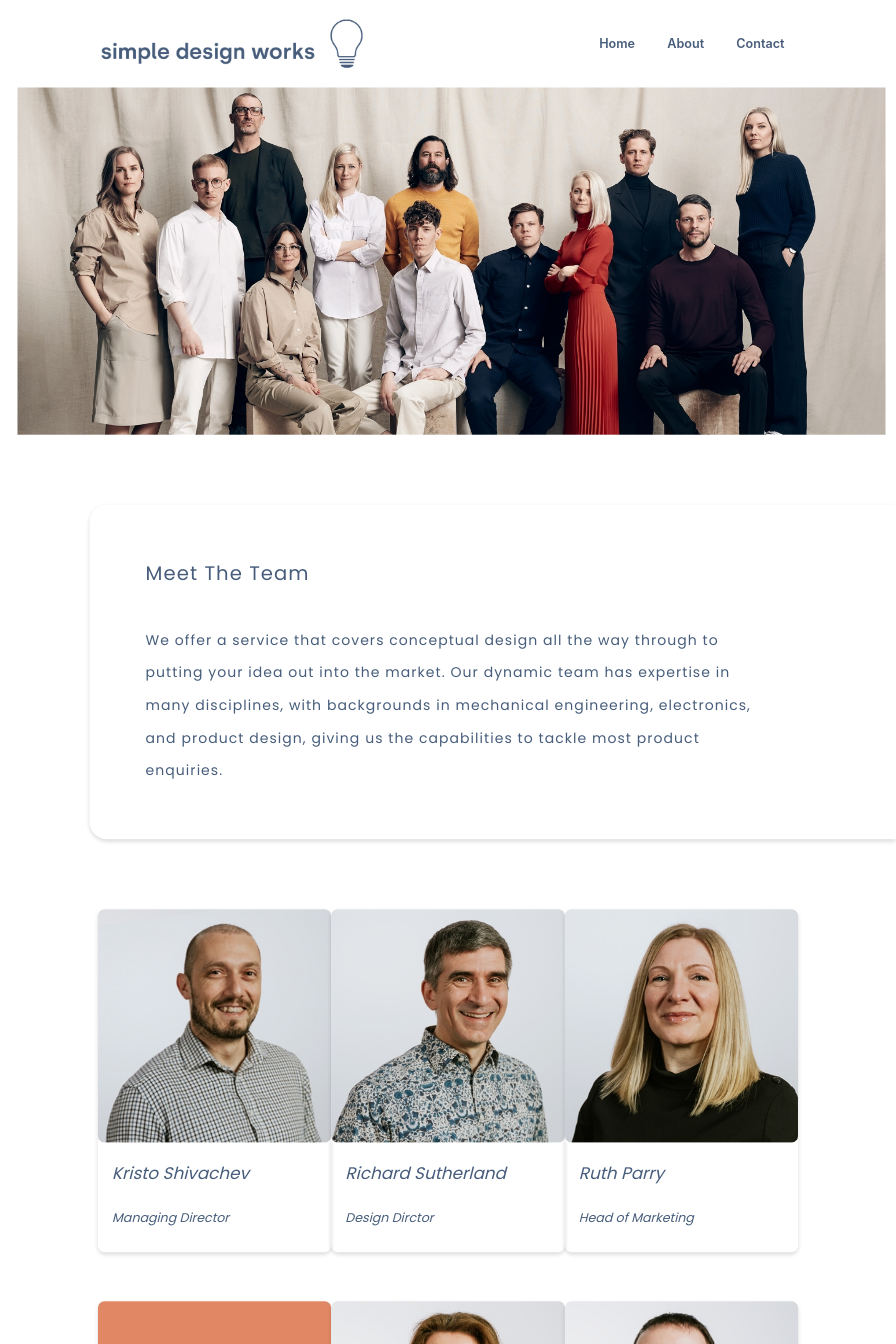
Repository: cobyfoster99/User-Centric-frontend-project
Page: about.html
The author's editor kept a record of every edit. The page is drawn from the files as they stood at one moment, then again after the next edit.
The browser window is 1280 px wide. The pictures show the part of the page from y = 0 to 1920 px (the page is 4770 px tall), at 70% of full size.
Some web libraries are served in a nearby version.

Above is the page before.

### about.html
<!DOCTYPE html>
<html lang="en">

<head>
    <meta charset="UTF-8">
    <meta name="viewport" content="width=device-width, initial-scale=1.0, max-scale=1.0">
    <meta http-equiv="X-UA-Compatible" content="ie=edge">
    <link rel="stylesheet" href="assets/css/style.css" type="text/css" />
    <link rel="stylesheet" href="https://stackpath.bootstrapcdn.com/font-awesome/4.7.0/css/font-awesome.min.css" type="text/css" />
    <script src="https://kit.fontawesome.com/78b1021543.js"></script>
    <link rel="stylesheet" href="https://stackpath.bootstrapcdn.com/bootstrap/4.3.1/css/bootstrap.min.css" integrity="sha384-ggOyR0iXCbMQv3Xipma34MD+dH/1fQ784/j6cY/iJTQUOhcWr7x9JvoRxT2MZw1T" crossorigin="anonymous">
    <title>Simple Design Works | Product Design Agency</title>
    <script src="https://code.jquery.com/jquery-3.2.1.slim.min.js" integrity="sha384-KJ3o2DKtIkvYIK3UENzmM7KCkRr/rE9/Qpg6aAZGJwFDMVNA/GpGFF93hXpG5KkN" crossorigin="anonymous"></script>
    <script src="https://cdnjs.cloudflare.com/ajax/libs/popper.js/1.12.3/umd/popper.min.js" integrity="sha384-vFJXuSJphROIrBnz7yo7oB41mKfc8JzQZiCq4NCceLEaO4IHwicKwpJf9c9IpFgh" crossorigin="anonymous"></script>
    <script src="https://maxcdn.bootstrapcdn.com/bootstrap/4.0.0-beta.2/js/bootstrap.min.js" integrity="sha384-alpBpkh1PFOepccYVYDB4do5UnbKysX5WZXm3XxPqe5iKTfUKjNkCk9SaVuEZflJ" crossorigin="anonymous"></script>
    <title>Simple Design Works | About Us</title>
</head>

<body>

    <header>
        <nav class="navbar navbar-expand-md">
            <img class="logo img-responsive" src="./assets/media-library/logo.png"></img>
            <button class="navbar-toggler navbar-light" type="button" data-toggle="collapse" data-target="#collapsibleNavbar">
    <span class="navbar-toggler-icon"></span>
  </button>
            <div class="float-right">
                <div class="float-right collapse navbar-collapse nav-center" id="collapsibleNavbar">
                    <ul class="navbar-nav">
                        <li class="nav-item ">
                            <a class="nav-link" href="https://cobyfoster99.github.io/User-Centric-frontend-project/index.html">Home</a>
                        </li>
                        <li class="nav-item">
                            <a class="nav-active nav-link" href="https://cobyfoster99.github.io/User-Centric-frontend-project/about.html">About</a>
                        </li>
                        <li class="nav-item">
                            <a class="nav-link" href="https://cobyfoster99.github.io/User-Centric-frontend-project/contact.html">Contact</a>
                        </li>
                    </ul>
                </div>
            </div>
        </nav>
    </header>

    <section>

        <!--------------------- Global Banner Image--------------------->
        <div class="container-fluid">
            <div class="row banner-image-container no-gutters">
                <img class="banner-image" src="assets/media-library/Team banner.jpg"></img>
            </div>
        </div>


        <!--------------------- About Page About --------------------->
        <div class="container-about">
            <div class="about-section">
                <h3 class="about-h3 aligned-border">Meet The Team</h3>
                <p class="aligned-border about-p">We offer a service that covers conceptual design all the way through to putting your idea out into the market. Our dynamic team has expertise in many disciplines, with backgrounds in mechanical engineering, electronics, and product design,
                    giving us the capabilities to tackle most product enquiries.

                </p>
            </div>
        </div>

        <!--------------------- About Page Teem --------------------->
        <div class="container-fluid">
            <div class="meet-the-team">
                <div class="meet-the-team-box">
                    <img class="meet-the-team-img" src="./assets/media-library/Kristo.jpg"></img>
                    <h4 class="meet-the-team-h4">Kristo Shivachev</h4>
                    <h5 class="meet-the-team-h5">Managing Director</h5>
                </div>

                <div class="meet-the-team-box">
                    <img class="meet-the-team-img" src="./assets/media-library/Richard.jpg"></img>
                    <h4 class="meet-the-team-h4">Richard Sutherland</h4>
                    <h5 class="meet-the-team-h5">Design Dirctor</h5>
                </div>

                <div class="meet-the-team-box">
                    <img class="meet-the-team-img" src="./assets/media-library/Ruth.jpg"></img>
                    <h4 class="meet-the-team-h4">Ruth Parry</h4>
                    <h5 class="meet-the-team-h5">Head of Marketing</h5>
                </div>



                <div class="meet-the-team-box">
                    <img class="meet-the-team-img" src="./assets/media-library/Dummy.jpg"></img>
                    <h4 class="meet-the-team-h4">Julie Tyler</h4>
                    <h5 class="meet-the-team-h5">Office Manager</h5>
                </div>

                <div class="meet-the-team-box">
                    <img class="meet-the-team-img" src="./assets/media-library/Barker1.jpg"></img>
                    <h4 class="meet-the-team-h4">Tracy Arch</h4>
                    <h5 class="meet-the-team-h5">Trade Mark Attorney</h5>
                </div>

                <div class="meet-the-team-box">
                    <img class="meet-the-team-img" src="./assets/media-library/Barker2.jpg"></img>
                    <h4 class="meet-the-team-h4">Neil Kilpatrick</h4>
                    <h5 class="meet-the-team-h5">Patent Attorney</h5>
                </div>

                <div class="meet-the-team-box">
                    <img class="meet-the-team-img" src="./assets/media-library/charlie.jpg"></img>
                    <h4 class="meet-the-team-h4">Charlie Conway</h4>
                    <h5 class="meet-the-team-h5">Product Designer</h5>
                </div>

                <div class="meet-the-team-box">
                    <img class="meet-the-team-img" src="./assets/media-library/Joe.jpg"></img>
                    <h4 class="meet-the-team-h4">Joe Goldsmith</h4>
                    <h5 class="meet-the-team-h5">Product Designer</h5>
                </div>
                <div class="meet-the-team-box">
                    <img class="meet-the-team-img" src="./assets/media-library/caitlin.jpg"></img>
                    <h4 class="meet-the-team-h4">Caitlin McColluch</h4>
                    <h5 class="meet-the-team-h5">Product Designer</h5>
                </div>

                <div class="meet-the-team-box">
                    <img class="meet-the-team-img" src="./assets/media-library/Coby.jpg"></img>
                    <h4 class="meet-the-team-h4">Coby Foster</h4>
                    <h5 class="meet-the-team-h5">Software Developer</h5>
                </div>

                <div class="meet-the-team-box">
                    <img class="meet-the-team-img" src="./assets/media-library/Dasha.jpg"></img>
                    <h4 class="meet-the-team-h4">Dasha Barezka</h4>
                    <h5 class="meet-the-team-h5">Accountant</h5>
                </div>

                <div class="meet-the-team-box">
                    <img class="meet-the-team-img" src="./assets/media-library/Derren.jpg"></img>
                    <h4 class="meet-the-team-h4">Derren Hotchkiss</h4>
                    <h5 class="meet-the-team-h5">Bookkeeper</h5>
                </div>



                <div class="meet-the-team-box">
                    <img class="meet-the-team-img" src="./assets/media-library/Dummy.jpg"></img>
                    <h4 class="meet-the-team-h4">Pete Caspall</h4>
                    <h5 class="meet-the-team-h5">Industrial Engineer</h5>
                </div>

                <div class="meet-the-team-box">
                    <img class="meet-the-team-img" src="./assets/media-library/form.jpg"></img>
                    <h4 class="meet-the-team-h4">Polite-Gorilla</h4>
                    <h5 class="meet-the-team-h5">Form 2</h5>
                </div>

                <div class="meet-the-team-box">
                    <img class="meet-the-team-img" src="./assets/media-library/ultimaker.jpg"></img>
                    <h4 class="meet-the-team-h4">Sparky
                        <h4>
                            <h5 class="meet-the-team-h5">Ultimaker 3+</h5>
                </div>

            </div>
        </div>
        <div class="padding-100"></div>
    </section>

    <footer>
        <div class="container-fluid">
            <div class="row no-gutters footer-about">
                <div class="col-sm footer-section">
                    <h2 class="footer-h2">About</h2>
                    <p class="footer-p">We offer a service that covers conceptual design all the way through to putting your idea out into the market. Our dynamic team has expertise in many disciplines, with backgrounds in mechanical engineering, electronics, and product
                        design, giving us the capabilities to tackle most product enquiries.
                    </p>
                </div>
                <div class="col-sm footer-section footer-location">
                    <h2 class="footer-h2">Location</h2>
                    <p class="footer-p">Rural Enterprise Centre,<br> Rotherwas Industrial Estate<br> Hereford
                        <br> HR2 6FE<br>
                    </p>
                </div>
                <div class="col-sm footer-section footer-sitemap">
                    <h2 class="footer-h2">Sitemap</h2>
                    <p class="footer-p"><a class="footer-links" href="https://cobyfoster99.github.io/User-Centric-frontend-project/index">Home</a> <br> <a class="footer-links" href="https://cobyfoster99.github.io/User-Centric-frontend-project/about">About</a> <br> <a class="footer-links"
                            href="https://cobyfoster99.github.io/User-Centric-frontend-project/contact">Contact</a> <br>
                        <p class="footer-p">© simple design works 2019</p>
                    </p>
                </div>


            </div>
        </div>
    </footer>

</body>

</html>

### assets/css/style.css
/* ------------------------------------------- Typography */

@import url('https://fonts.googleapis.com/css?family=Poppins:400,600,700&display=swap');

h1,
h2,
h3,
h4,
h5,
p,
span {
    font-family: "poppins", sans-serif;
    color: #475D7B;
}


/* -------------------------------------------- Global Header */

header {
    background-color: #fffff;
    padding-top: 20px;
    padding-bottom: 20px;
}

.logo {
    display: inline-block;
    max-width: 70%;
    height: auto;
    transition: all .5s ease-in-out;
    -moz-transition: all .5s ease-in-out;
    -webkit-transition: all .5s ease-in-out;
}


.navbar-light .navbar-nav .nav-link {
    color: #475D7B;
}

.nav-link:hover,
.nav-active  {
    color: #E18763;
}


.nav-link {
    font-size: 18px;
    text-align: right;
    display: block;
    text-decoration: none;
    color: #475D7B;
    font-weight: 600;
    transition: all .5s ease-in-out;
    -moz-transition: all .5s ease-in-out;
    -webkit-transition: all .5s ease-in-out;
}

.nav-item {
    padding-left: 30px;
}



/* -------------------------------------------- Global Banner Image */

.banner-image {
    display: block;
    margin-left: auto;
    margin-right: auto;
    padding-left: 10px;
    max-width: 100%;
    height: auto;
}

/* -------------------------------------------- Global SDW Catchphrase */

.catchphrase {
    display: block;
    text-align: center;
    margin-left: auto;
    margin-right: auto;
    padding-top: 75px;
}

.header-h3 {
    text-align: center;
    display: inline-block;
    padding-left: 10px;
}

/* -------------------------------------------- Home-page About */

.about-section {
    display: block;
    box-shadow: 0px 3px 6px rgba(0, 0, 0, 0.15);
    border-radius: 25px;
    margin-bottom: 50px;
    margin-top: 100px;
}

.aligned-border {
    padding: 20px;
}

.about-h3 {
    padding-top: 75px;
    line-height: 35pt;
    letter-spacing: 1.5px;
}

.about-p {
    padding-top: 20px;
    padding-bottom: 75px;
    line-height: 35pt;
    letter-spacing: 1.5px;
    font-size: 20px;
}

.container-about {
    margin-left: auto;
    margin-right: auto;
    width: 80%;
}

/* -------------------------------------------- Portfolio Section - Homepage*/

.container-porfolio {
    margin-left: auto;
    margin-right: auto;
    width: 80%;
    padding-top: 100px;
    padding-bottom: 100px;
}

.portfolio-title {
    padding-left: 80px;
    padding-bottom: 50px;
}

.left-Featured {
    text-align: left;
    padding-left: 80px;
}

.folio-image {
    max-width: 100%;
    width: auto;
    min-height: auto;
    vertical-align: top;
    margin-right: auto;
    margin-left: auto;
    padding-top: 25px;
}

.folio-image-right {
    vertical-align: top;
    float: left;
    text-align: right;
}

.portfolio-skp {
    margin-left: auto;
    margin-right: auto;
}


.padded-image {
    padding-bottom: 0px;
}

.left-Featured {
    padding-bottom: 50px;
}

/* -------------------------------------------- Contact Section - Homepage*/

.container-contact {
    margin-left: auto;
    margin-right: auto;
    width: 80%;
    padding-bottom: 100px;
}

.full-name {
    margin-top: 20px;
    width: 100%;
    height: 50px;
    box-shadow: 0px 3px 6px rgba(0, 0, 0, 0.15);
    border-radius: 10px;
    border: none;
    font-family: "poppins", sans-serif;
    font-size: 16px;
}

::-webkit-input-placeholder {
    color: #475D7B;
    padding-left: 20px;
}


.dicuss-idea {
    margin-top: 20px;
    width: 100%;
    box-shadow: 0px 3px 6px rgba(0, 0, 0, 0.15);
    border-radius: 10px;
    border: none;
    font-family: "poppins", sans-serif;
    font-size: 16px;
}

.submit-button {
    width: 30%;
    margin-top: 20px;
    margin-left: 0;
    height: 50px;
    border-radius: 10px;
    border: none;
    font-family: "poppins", sans-serif;
    font-size: 16px;

}

/* -------------------------------------------- About Page*/

.meet-the-team {
    width: 80%;
    margin-left: auto;
    margin-right: auto;
    display: flex;
    flex-wrap: wrap;
}

.meet-the-team-box {
    margin-top: 50px;
    box-shadow: 0px 3px 6px rgba(0, 0, 0, 0.15);
    border-radius: 10px;
    margin-bottom: 20px;
}


.meet-the-team-img {
    max-width: 100%;
    height: auto;

}

.meet-the-team-h4 {
    padding: 30px 0px 0px 20px;
    font-style: italic;
}

.meet-the-team-h5 {
    padding: 30px 30px 30px 20px;
    font-style: italic;
    font-size: 18px;
}

.bottom-box-row {
    padding-bottom: 50px;
}

.padding-100 {
    padding-top: 100px;
}


/* -------------------------------------------- Contact Page*/

.contact-page-container {
    width: 80%;
    margin-left: auto;
    margin-right: auto;
}

.contact-form-contact {
    width: 60%;
    padding-left: 20px;
    padding-top: 100px;
    padding-bottom: 100px;
    display: inline-block;
}

.contact-info-contact {
    padding-left: 100px;
    padding-top: 100px;
    width: 30%;
    display: inline-block;
}

.contact-info-p {
    padding-top: 20px;
}

.icon {
    padding-left: 10px;
    font-size: 32pt;
    color: #475D7B;
    border-radius: 50%
}

.home-contact-sub {
    padding-top: 50px;
}



/* -------------------------------------------- Footer */

footer {
    background-color: #f1f1f1;
    padding-top: 20px;
    padding-bottom: 20px;
}

.footer-section {
    text-align: left;
    padding-top: 20px;
    padding-bottom: 20px;
}


.footer-h2 {
    padding-bottom: 20px;
    font-size: 24px;
    text-align: left;
}

.footer-p {
    font-size: 16px;
    line-height: 22pt;
    text-align: left;
}

.footer-links {
    text-decoration: none;
    color: #475D7B;
}

.footer-links:hover {
    text-decoration: none;
    color: #475D7B;
}



/* -------------------------------------------- Media Queries - Global Header*/

@media only screen and (max-width: 1920px) and (min-width: 1200px) {
    .nav-center {
        float: right;
    }
    nav {
        width: 80%;
        margin-left: auto;
        margin-right: auto;
    }
}

@media only screen and (max-width: 1920px) and (min-width: 1920px) {
    .float-right {
        padding-left: 380px;
        width: 100%;
    }
}

@media only screen and (max-width: 1900px) and (min-width: 1000px) {
    .float-right {
        padding-left: 150px;
        width: 100%;
    }
}

/* -------------------------------------------- Media Queries - Catchphrase Global */

@media only screen and (max-width: 1920px) and (min-width: 1200px) {
    .header-h3 {
        padding-left: 20px;
        padding-right: 75px;
    }
}


/* -------------------------------------------- Media Queries - Home-page-about */

@media only screen and (max-width: 1920px) and (min-width: 1200px) {
    .container-about {
        margin-right: 0;
        margin-left: 10%;
        width: 90%;
    }
    .about-section {
        border-radius: 25px 0px 0px 25px;
    }
    .about-p,
    .about-h3 {
        padding-right: 200px;
        padding-left: 80px;

    }
}


@media only screen and (max-width: 1200px) and (min-width: 300px) {
    .about-p,
    .about-h3 {

        line-height: normal;
        letter-spacing: normal;
        text-align: center;

    }
    .about-p {
        padding-bottom: 50px;
        padding-top: 0px;
        font-size: 16px;
    }
    .about-h3 {
        padding-top: 50px;
    }
}

/* -------------------------------------------- Media Queries - Home-page-portfolio */

@media only screen and (max-width: 1920px) and (min-width: 1200px) {
    .portfolio-item-large {
        margin: 0;
    }
}

@media only screen and (max-width: 1200px) and (min-width: 300px) {
    .left-Featured {
        padding-left: 0px;
        text-align: center;
        padding-bottom: 20px;
    }
    .container-portfolio {
        width: 100%;
        margin: 0;
    }
}

/* -------------------------------------------- Media Queries - about-page-Meet-the-team */

@media only screen and (max-width: 1920px) and (min-width: 1200px) {
    .meet-the-team-box {
        max-width: 33.33%;
        margin-left: auto;
        margin-right: auto;
    }
}

@media only screen and (max-width: 1200px) and (min-width: 768px) {
    .meet-the-team-box {
        max-width: 45%;
        margin-left: 10px;
        margin-right: 10px;
    }
}

/* -------------------------------------------- Media Queries - Contact-page */

@media only screen and (max-width: 786px) and (min-width: 300px) {
    .contact-form-contact {
        width: 100%;
        padding-left: 10px;
        padding-top: 100px;
        padding-bottom: 100px;
        display: inline-block;
    }
}

@media only screen and (max-width: 786px) and (min-width: 300px) {
    .contact-info-contact {
        padding-left: 0px;
        padding-top: 0px;
        padding-bottom: 50px;
        width: 100%;
        display: inline-block;
    }
}


/* -------------------------------------------- Media Queries - Footer */

@media only screen and (max-width: 1920px) and (min-width: 1200px) {
    .footer-location {
        margin-left: 180px;
    }

    footer {
        padding-left: 250px;
        padding-right: 250px;
    }
}



@media only screen and (max-width: 1200px) and (min-width: 768px) {
    footer {
        padding-left: 50px;
        padding-right: 0px;
    }
    .footer-sitemap,
    .footer-location {
        margin-left: 50px;
        padding-right: 0px;
    }
}


@media only screen and (max-width: 1200px) and (min-width: 300px) {
    .footer-p {
        font-size: 14px;
    }
}

After the next edit:
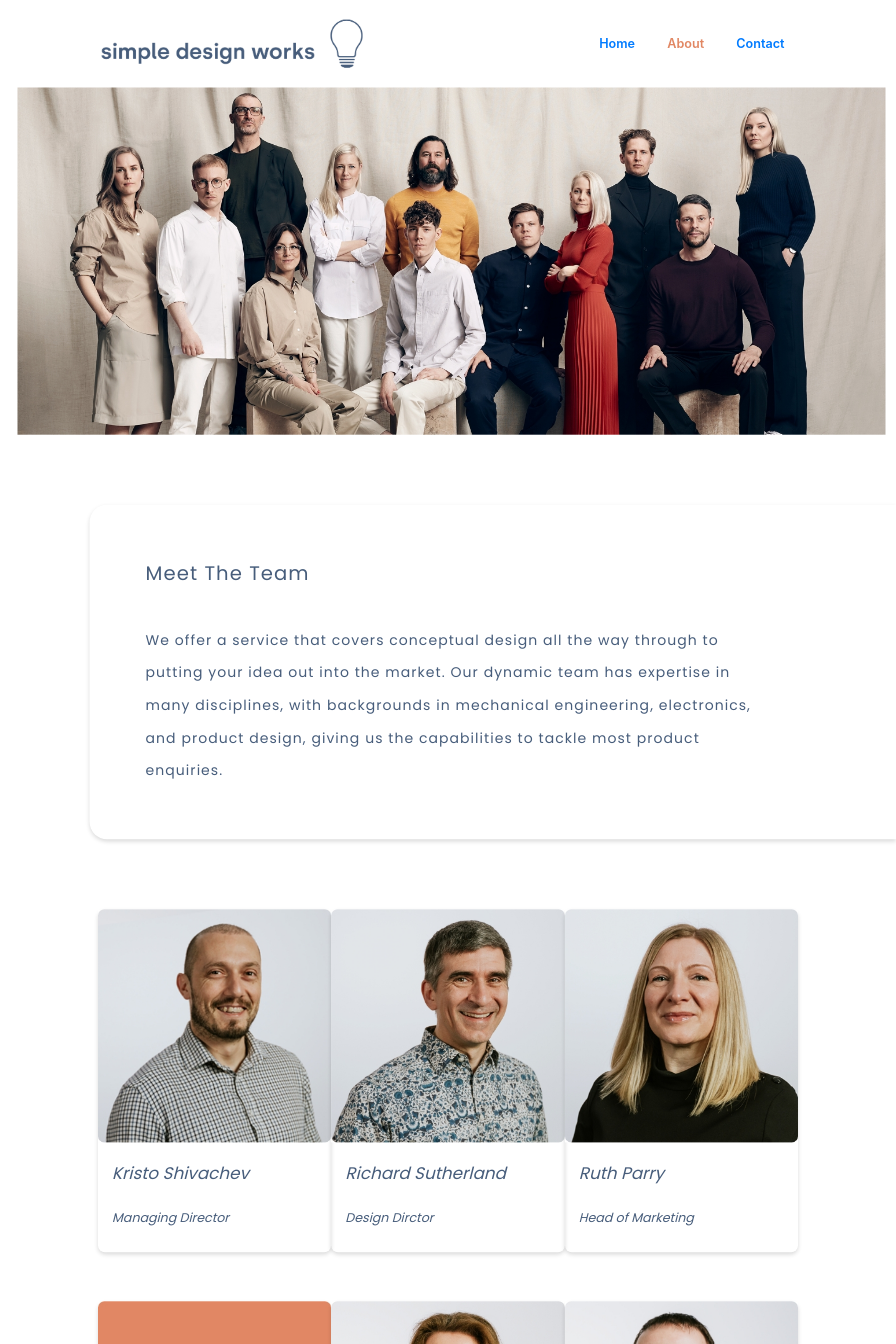
The edit:
--- a/assets/css/style.css
+++ b/assets/css/style.css
@@ -47,7 +47,6 @@
     text-align: right;
     display: block;
     text-decoration: none;
-    color: #475D7B;
     font-weight: 600;
     transition: all .5s ease-in-out;
     -moz-transition: all .5s ease-in-out;
